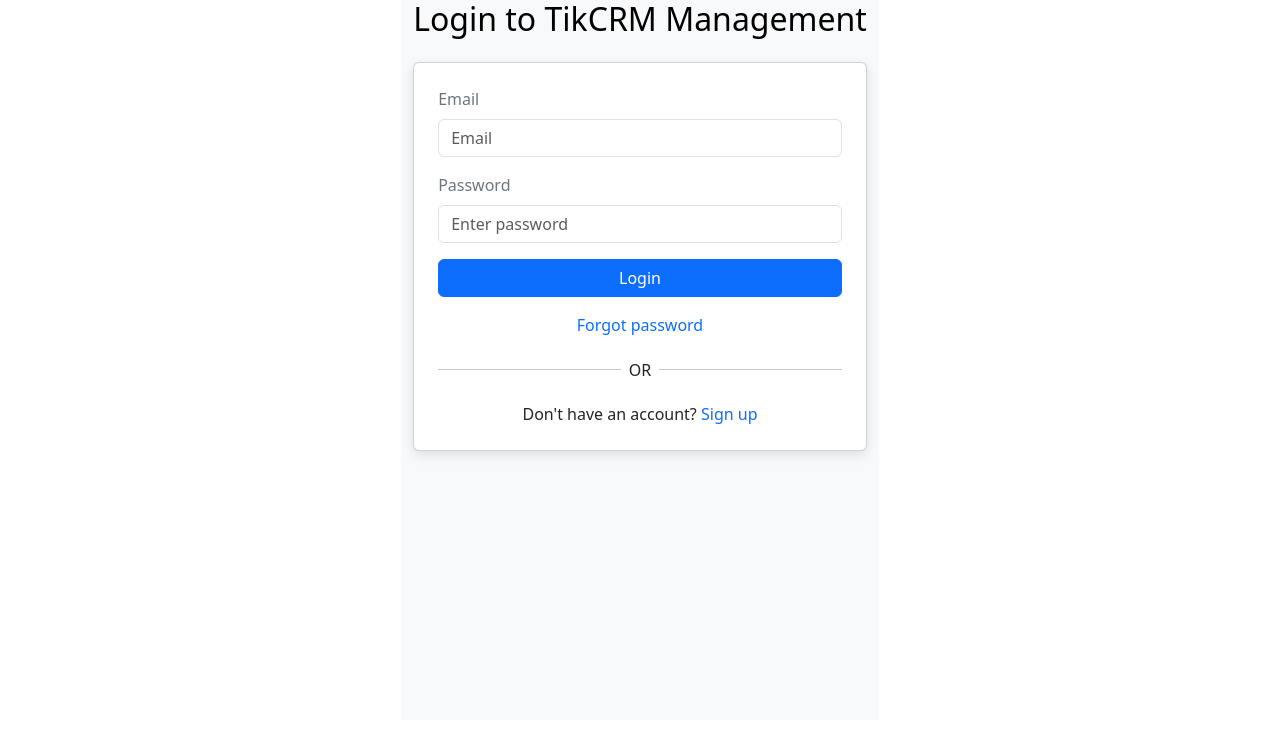
Repository: chaolaolo/tikcrm-fe
Page: /
The author's editor kept a copy of each file at every save. The page is drawn from the files as they stood at one save, then again after the next save.
The browser window is 1280 px wide. The pictures show the whole page.
The project was rebuilt for these pictures with package versions that can differ from the ones it lists, and the page was loaded fresh each time. Also part of the build but not shown: vite.config.ts, src/pages/Home/Settings.tsx, src/pages/Home/HomePage.tsx. Imported but missing from the stored project, and not drawn on this page: src/pages/Home/Dashboard, src/pages/Register/RegisterPage.

Above is the page before, as saved 2025-05-22 22:03:03.

After the next save:
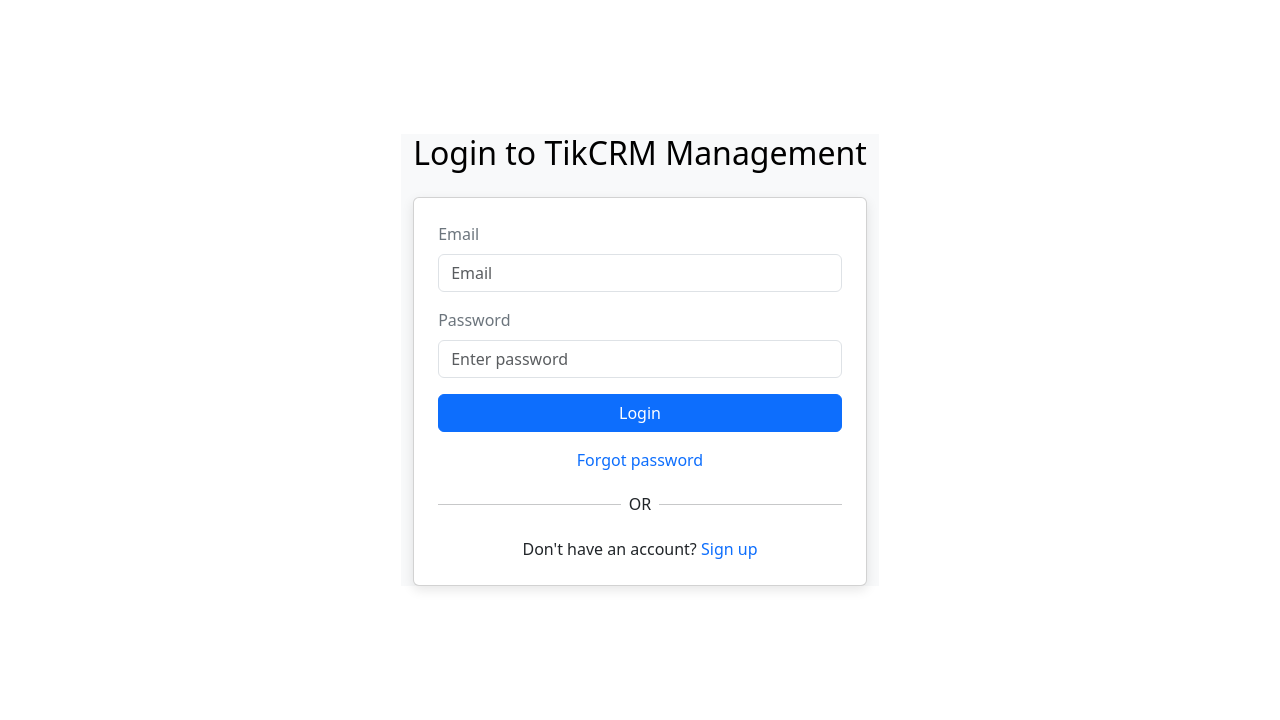
Saved 5 s later.
--- a/src/pages/Auth/LoginPage.tsx
+++ b/src/pages/Auth/LoginPage.tsx
@@ -3,7 +3,7 @@
 
 const LoginPage: React.FC = () => {
   return (
-    <div className="container bg-light" style={{ minHeight: '100vh' }}>
+    <div className="container bg-light" >
       <div>
         <h2 className="text-center mb-4 text-black">Login to TikCRM Management</h2>
         <div className="card p-4" style={{ width: '100%', maxWidth: '600px', minWidth: '50%', boxShadow: '0 4px 12px rgba(0, 0, 0, 0.1)' }}>
